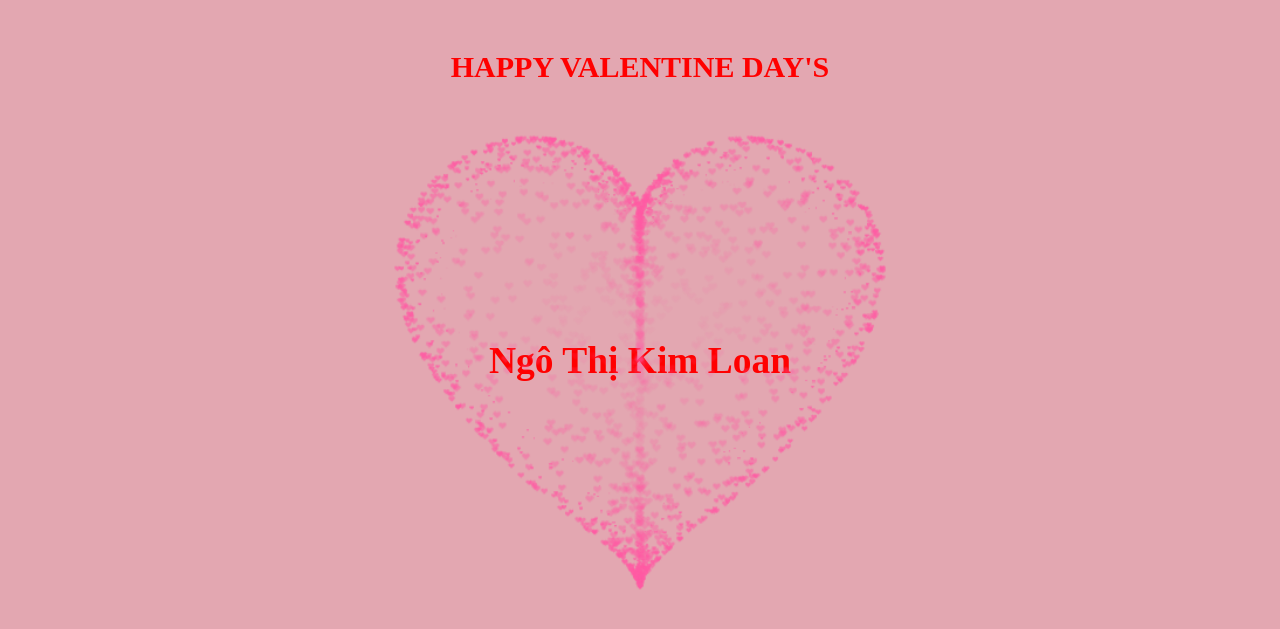
Repository: congbnvn0709/happy-valentine
Page: index.html
An editor plug-in stored every save of this project. The page is shown before and after the next save, followed by the edit.
The browser window is 1280 px wide. The pictures show the whole page.

Above is the page before, as saved 2023-01-30 23:27:15.

### index.html
<!DOCTYPE html PUBLIC "-//W3C//DTD HTML 4.0 Transitional//EN">
<html>
  <head>
    <title>Happy valentine day's</title>
    <meta name="Generator" content="EditPlus" />
    <meta name="Author" content="" />
    <meta name="Keywords" content="" />
    <meta name="Description" content="" />
    <link rel="stylesheet" type="text/css" href="style.css" />
  </head>

  <body>
    <p class="title">HAPPY VALENTINE DAY'S</p>
    <h1>Ngô Thị Kim Loan</h1>

    <div class="box">
      <canvas id="pinkboard"></canvas>
    </div>

    <script src="app.js"></script>
  </body>
</html>

### style.css
html,
body {
  height: 100%;
  padding: 0;
  margin: 0;
  background: rgb(227, 167, 177);
  display: flex;
  justify-content: center;
  align-items: center;
}

h1 {
  color: red;
}

.box {
  width: 100%;
  position: absolute;
  top: 50%;
  left: 50%;
  transform: translate(-50%, -50%);
  display: flex;
  flex-direction: column;
}

canvas {
  position: absolute;
  width: 100%;
  height: 100%;
}

#pinkboard {
  position: relative;
  margin: auto;
  height: 500px;
  width: 500px;
  animation: animate 2s infinite;
}

h1 {
  animation: animate 2s infinite;
}

#pinkboard:before,
#pinkboard:after {
  content: "";

  position: absolute;

  background: #ff5ca4;

  width: 100px;

  height: 160px;

  border-top-left-radius: 50px;

  border-top-right-radius: 50px;
}

#pinkboard:before {
  left: 100px;

  transform: rotate(-45deg);

  transform-origin: 0 100%;

  box-shadow: 0 14px 28px rgba(0, 0, 0, 0.25), 0 10px 10px rgba(0, 0, 0, 0.22);
}

#pinkboard:after {
  left: 0;

  transform: rotate(45deg);

  transform-origin: 100% 100%;
}

@keyframes animate {
  0% {
    transform: scale(1);
  }

  30% {
    transform: scale(0.8);
  }

  60% {
    transform: scale(1.2);
  }

  100% {
    transform: scale(1);
  }
}

.title {
  position: absolute;
  top: 20px;
  color: red;
  font-size: 30px;
  font-weight: 700;
}

### app.js
var settings = {
    particles: {
      length: 2000,
      duration: 3,
      velocity: 100,
      effect: -1,
      size: 8,
    },
  };

  (function () {
    var b = 0;

    var c = ["ms", "moz", "webkit", "o"];

    for (var a = 0; a < c.length && !window.requestAnimationFrame; ++a) {
      window.requestAnimationFrame = window[c[a] + "RequestAnimationFrame"];

      window.cancelAnimationFrame =
        window[c[a] + "CancelAnimationFrame"] ||
        window[c[a] + "CancelRequestAnimationFrame"];
    }

    if (!window.requestAnimationFrame) {
      window.requestAnimationFrame = function (h, e) {
        var d = new Date().getTime();

        var f = Math.max(0, 16 - (d - b));

        var g = window.setTimeout(function () {
          h(d + f);
        }, f);

        b = d + f;

        return g;
      };
    }

    if (!window.cancelAnimationFrame) {
      window.cancelAnimationFrame = function (d) {
        clearTimeout(d);
      };
    }
  })();

  var Point = (function () {
    function Point(x, y) {
      this.x = typeof x !== "undefined" ? x : 0;

      this.y = typeof y !== "undefined" ? y : 0;
    }

    Point.prototype.clone = function () {
      return new Point(this.x, this.y);
    };

    Point.prototype.length = function (length) {
      if (typeof length == "undefined")
        return Math.sqrt(this.x * this.x + this.y * this.y);

      this.normalize();

      this.x *= length;

      this.y *= length;

      return this;
    };

    Point.prototype.normalize = function () {
      var length = this.length();

      this.x /= length;

      this.y /= length;

      return this;
    };

    return Point;
  })();

  var Particle = (function () {
    function Particle() {
      this.position = new Point();

      this.velocity = new Point();

      this.acceleration = new Point();

      this.age = 0;
    }

    Particle.prototype.initialize = function (x, y, dx, dy) {
      this.position.x = x;

      this.position.y = y;

      this.velocity.x = dx;

      this.velocity.y = dy;

      this.acceleration.x = dx * settings.particles.effect;

      this.acceleration.y = dy * settings.particles.effect;

      this.age = 0;
    };

    Particle.prototype.update = function (deltaTime) {
      this.position.x += this.velocity.x * deltaTime;

      this.position.y += this.velocity.y * deltaTime;

      this.velocity.x += this.acceleration.x * deltaTime;

      this.velocity.y += this.acceleration.y * deltaTime;

      this.age += deltaTime;
    };

    Particle.prototype.draw = function (context, image) {
      function ease(t) {
        return --t * t * t + 1;
      }

      var size = image.width * ease(this.age / settings.particles.duration);

      context.globalAlpha = 1 - this.age / settings.particles.duration;

      context.drawImage(
        image,

        this.position.x - size / 2,

        this.position.y - size / 2,

        size,

        size
      );
    };

    return Particle;
  })();

  var ParticlePool = (function () {
    var particles,
      firstActive = 0,
      firstFree = 0,
      duration = settings.particles.duration;

    function ParticlePool(length) {
      particles = new Array(length);

      for (var i = 0; i < particles.length; i++)
        particles[i] = new Particle();
    }

    ParticlePool.prototype.add = function (x, y, dx, dy) {
      particles[firstFree].initialize(x, y, dx, dy);

      firstFree++;

      if (firstFree == particles.length) firstFree = 0;

      if (firstActive == firstFree) firstActive++;

      if (firstActive == particles.length) firstActive = 0;
    };

    ParticlePool.prototype.update = function (deltaTime) {
      var i;

      if (firstActive < firstFree) {
        for (i = firstActive; i < firstFree; i++)
          particles[i].update(deltaTime);
      }

      if (firstFree < firstActive) {
        for (i = firstActive; i < particles.length; i++)
          particles[i].update(deltaTime);

        for (i = 0; i < firstFree; i++) particles[i].update(deltaTime);
      }

      while (
        particles[firstActive].age >= duration &&
        firstActive != firstFree
      ) {
        firstActive++;

        if (firstActive == particles.length) firstActive = 0;
      }
    };

    ParticlePool.prototype.draw = function (context, image) {
      if (firstActive < firstFree) {
        for (i = firstActive; i < firstFree; i++)
          particles[i].draw(context, image);
      }

      if (firstFree < firstActive) {
        for (i = firstActive; i < particles.length; i++)
          particles[i].draw(context, image);

        for (i = 0; i < firstFree; i++) particles[i].draw(context, image);
      }
    };

    return ParticlePool;
  })();

  (function (canvas) {
    var context = canvas.getContext("2d"),
      particles = new ParticlePool(settings.particles.length),
      particleRate =
        settings.particles.length / settings.particles.duration,
      time;

    function pointOnHeart(t) {
      return new Point(
        160 * Math.pow(Math.sin(t), 3),

        130 * Math.cos(t) -
          50 * Math.cos(2 * t) -
          20 * Math.cos(3 * t) -
          10 * Math.cos(4 * t) +
          25
      );
    }

    var image = (function () {
      var canvas = document.createElement("canvas"),
        context = canvas.getContext("2d");

      canvas.width = settings.particles.size;

      canvas.height = settings.particles.size;

      function to(t) {
        var point = pointOnHeart(t);

        point.x =
          settings.particles.size / 2 +
          (point.x * settings.particles.size) / 350;

        point.y =
          settings.particles.size / 2 -
          (point.y * settings.particles.size) / 350;

        return point;
      }

      context.beginPath();

      var t = -Math.PI;

      var point = to(t);

      context.moveTo(point.x, point.y);

      while (t < Math.PI) {
        t += 0.01;

        point = to(t);

        context.lineTo(point.x, point.y);
      }

      context.closePath();

      context.fillStyle = "#FF5CA4";

      context.fill();

      var image = new Image();

      image.src = canvas.toDataURL();

      return image;
    })();

    function render() {
      requestAnimationFrame(render);

      var newTime = new Date().getTime() / 1000,
        deltaTime = newTime - (time || newTime);

      time = newTime;

      context.clearRect(0, 0, canvas.width, canvas.height);

      var amount = particleRate * deltaTime;

      for (var i = 0; i < amount; i++) {
        var pos = pointOnHeart(Math.PI - 2 * Math.PI * Math.random());

        var dir = pos.clone().length(settings.particles.velocity);

        particles.add(
          canvas.width / 2 + pos.x,

          canvas.height / 2 - pos.y,

          dir.x,

          -dir.y
        );
      }

      particles.update(deltaTime);

      particles.draw(context, image);
    }

    function onResize() {
      canvas.width = canvas.clientWidth;

      canvas.height = canvas.clientHeight;
    }

    window.onresize = onResize;

    setTimeout(function () {
      onResize();

      render();
    }, 10);
  })(document.getElementById("pinkboard"));

After the next save:
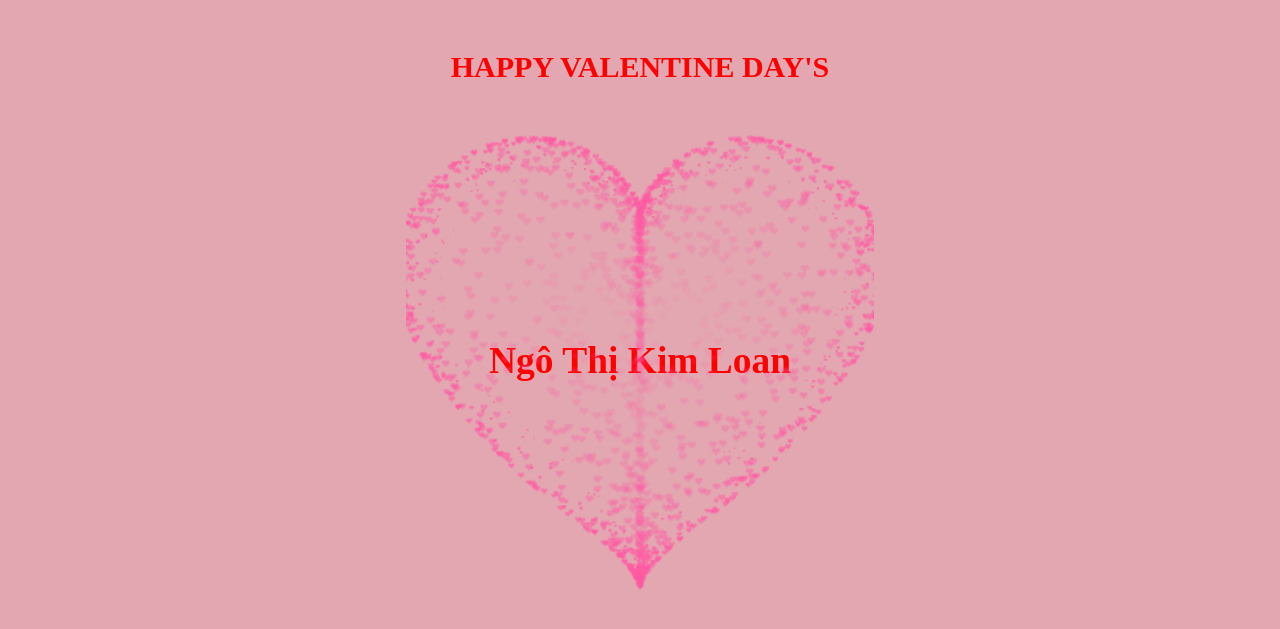
Saved 36 s later.
--- a/style.css
+++ b/style.css
@@ -32,8 +32,8 @@ canvas {
 #pinkboard {
   position: relative;
   margin: auto;
-  height: 500px;
-  width: 500px;
+  height: 400px;
+  width: 400px;
   animation: animate 2s infinite;
 }
 
